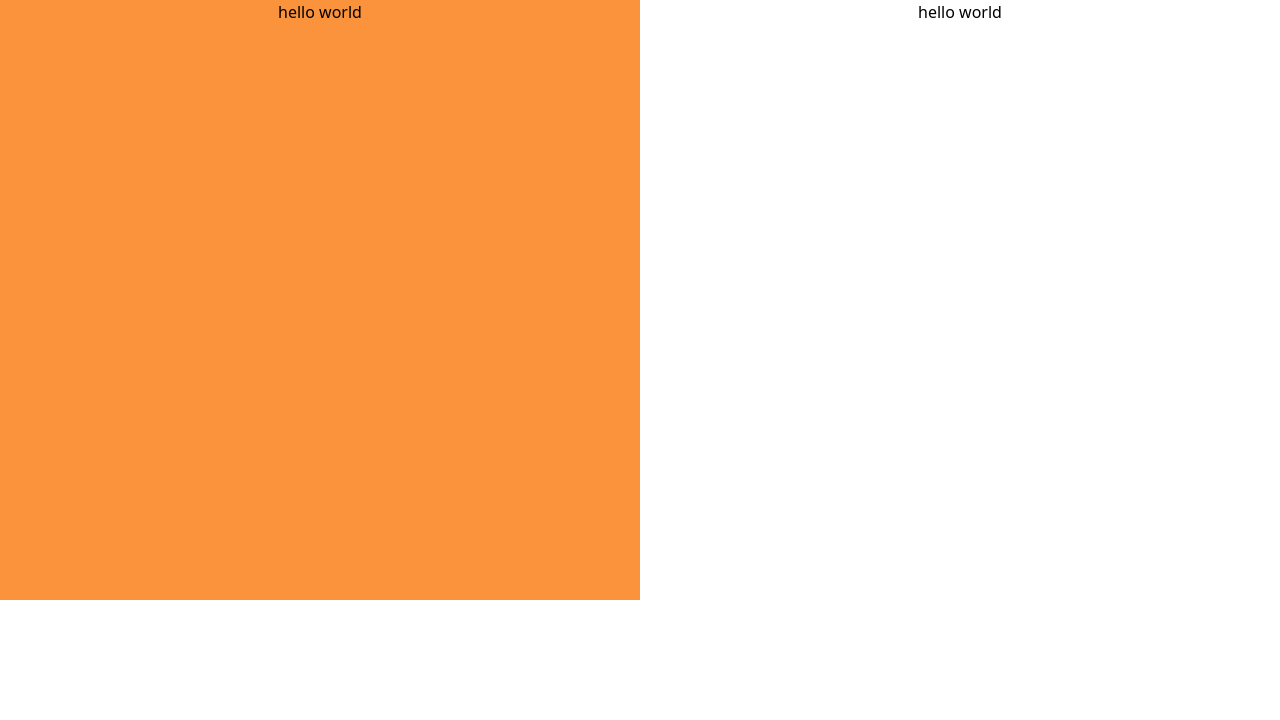
Repository: SehajBindra/SGTBIMIT-ERP-Client
Page: /StudentLogin
These files come from the project's save history. The page is drawn as it stood at one moment and after the next save; the edit follows.
The browser window is 1280 px wide. The pictures show the whole page.
The project was rebuilt for these pictures with package versions that can differ from the ones it lists, and the page was loaded fresh each time. Also part of the build but not shown: src/LOGIN/Login.js, src/LOGIN/FACULTY/FacultyLogin.js, src/STUDENT_PAGE/StuBody.js, src/STUDENT_PAGE/StuSidebar.js, src/STUDENT_PAGE/StuHeader.js, src/STUDENT_PAGE/StudentHome.js, src/FACULTY_PAGE/FacBody.js, src/FACULTY_PAGE/FacHeader.js and 2 more.

Above is the page before, as saved 2023-05-14 15:21:30.

After the next save:
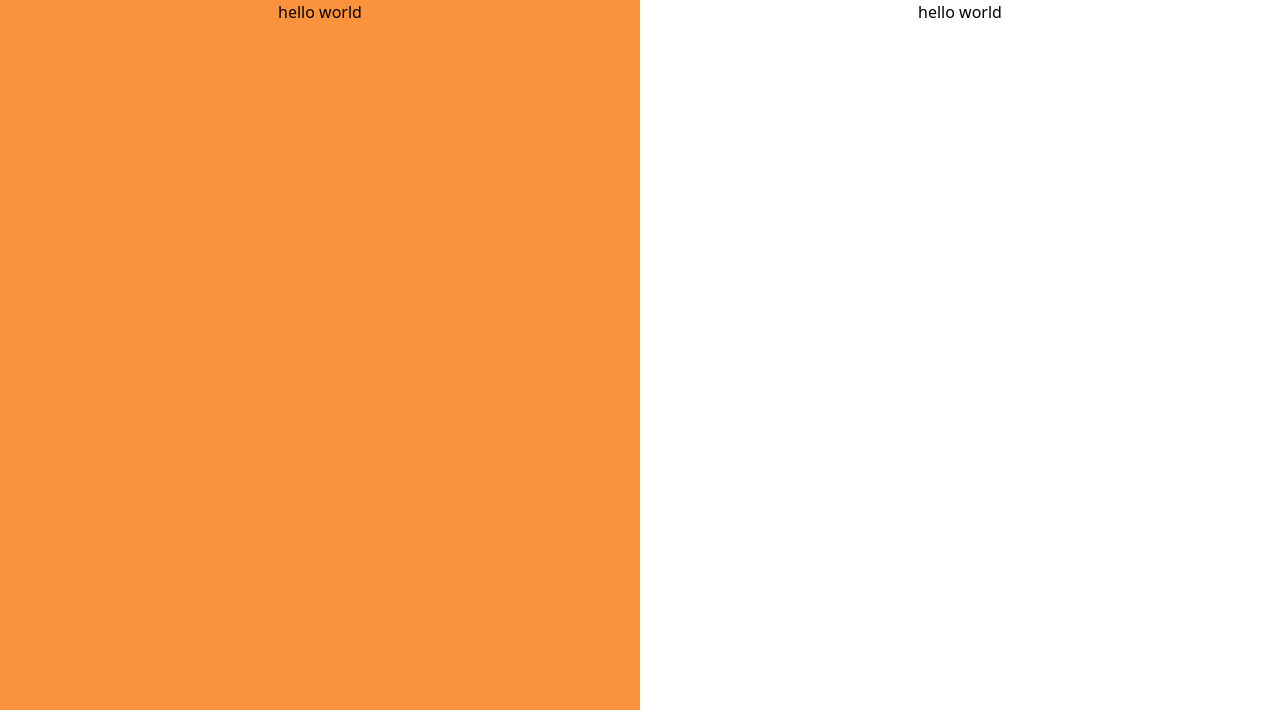
Saved 46 s later.
--- a/src/LOGIN/STUDENT/StudentLogin.js
+++ b/src/LOGIN/STUDENT/StudentLogin.js
@@ -16,7 +16,7 @@
   }, []);
 
   return (
-    <div className=" grid grid-cols-4 h-[600px] ">
+    <div className=" grid grid-cols-4 h-[710px] ">
       <div className=" bg-orange-400 col-span-2">
         <h2>hello world</h2>
       </div>
